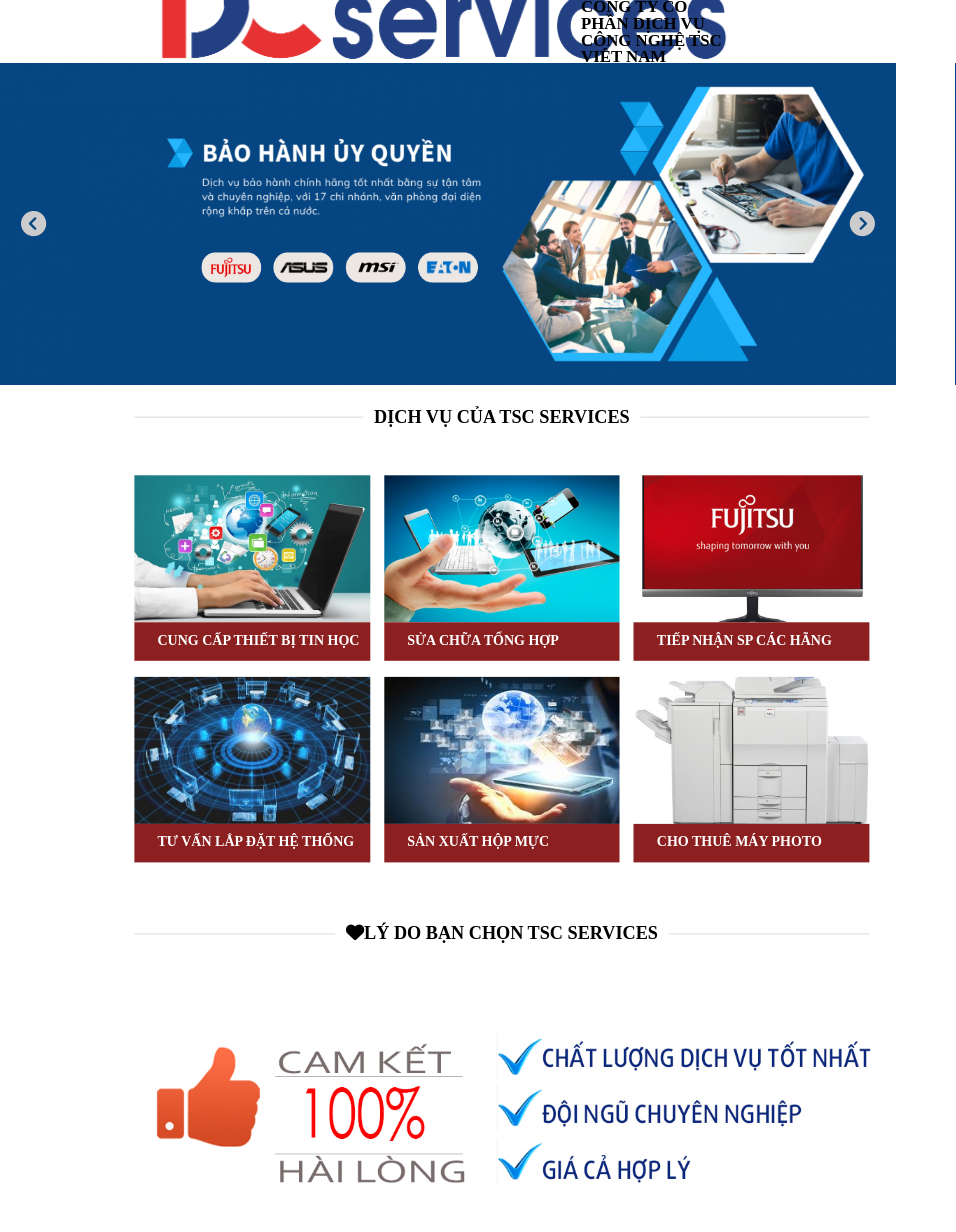
Repository: nguyentrongdai34/tsc-project
Page: index.html
The author's editor kept a copy of each file at every save. The page is drawn from the files as they stood at one save, then again after the next save.
The browser window is 1280 px wide. The page is 1365 px wide, so the pictures cover 1365 px, including what lies to the right of the window. The pictures show the part of the page from y = 0 to 1760 px (the page is 3351 px tall), at 70% of full size.

Above is the page before, as saved 2024-12-04 10:11:15.

After the next save:
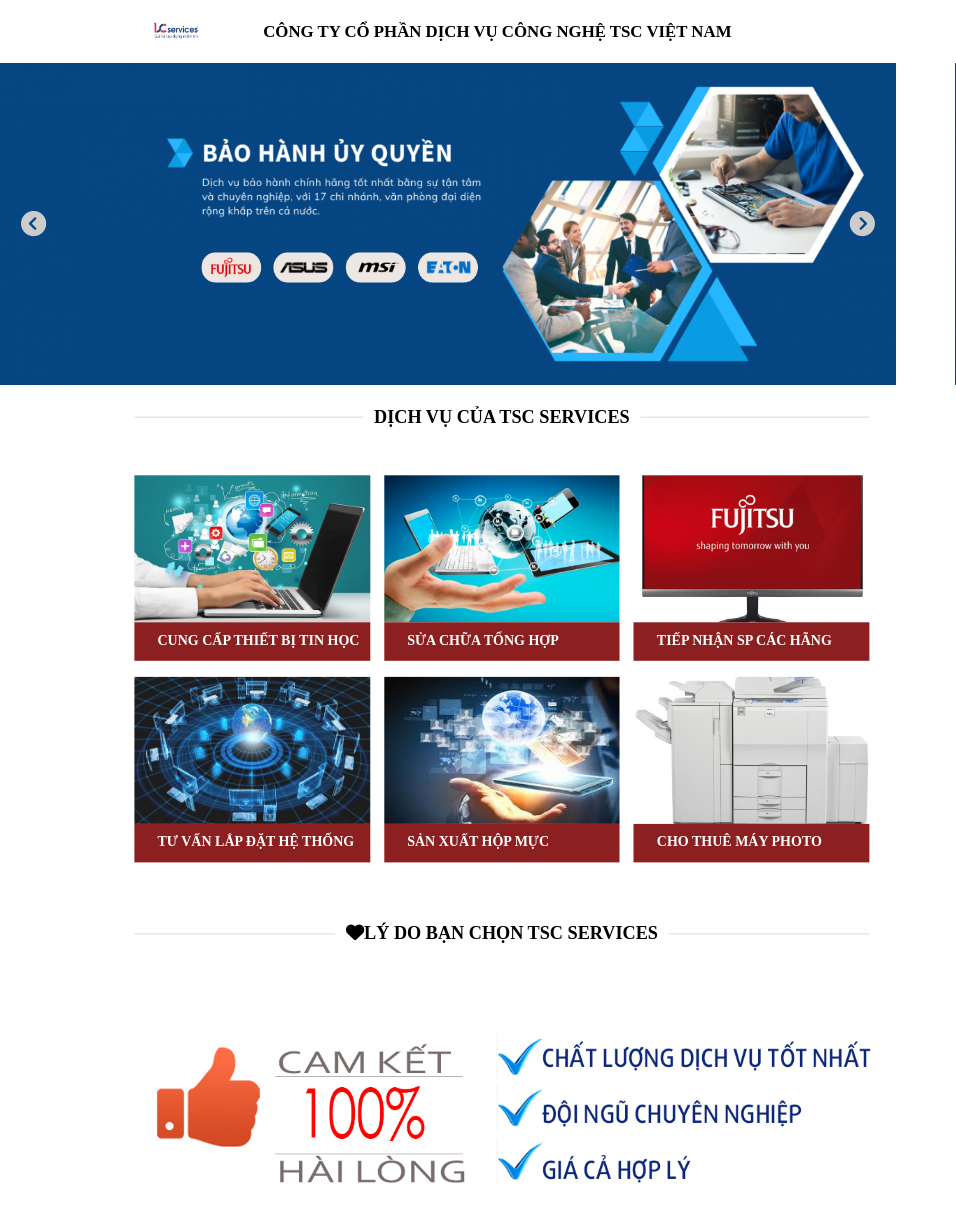
Saved 9 s later.
--- a/style.css
+++ b/style.css
@@ -17,7 +17,7 @@
   object-fit: cover;
   margin-left: 220px;
   width: 176px;
-  width: 100%;
+  width: 63px;
   object-fit: cover;
 }
 
